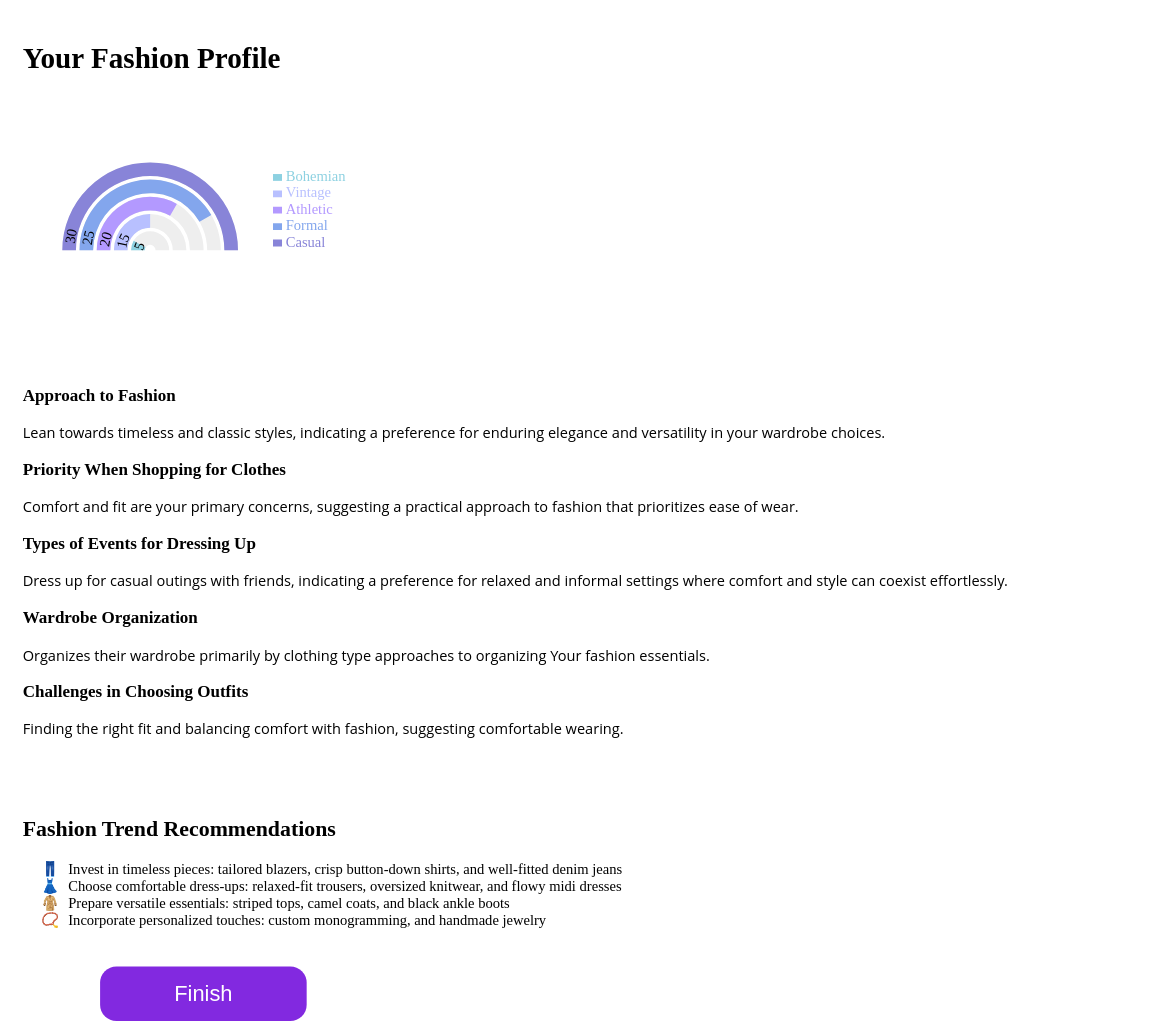
Repository: navnneett/clotho
Page: /QuizQuestions/Chart
The author's editor kept a copy of each file at every save. The page is drawn from the files as they stood at one save, then again after the next save.
The browser window is 1280 px wide. The pictures show the whole page, at 91% of full size.
The project was rebuilt for these pictures with package versions that can differ from the ones it lists, and the page was loaded fresh each time. The framework's server and built-in components were replaced by stand-ins that run in the browser. Also part of the build but not shown: next.config.js, next.config.mjs.

Above is the page before, as saved 2024-04-06 19:25:25.

### pages/QuizQuestions/Chart.js
import styles from "../../styles/Chart.module.css";
import React, { useEffect, useState } from "react";
import { RadialBarChart, RadialBar, Legend, Tooltip } from "recharts";
import Button from "@/components/Button";
import Link from "next/link";


export default function Chart() {

    const [isClient, setIsClient] = useState(false)

    useEffect(() => {
        setIsClient(true)
    }, [])

    const data = [
        {
            "name": "Bohemian",
            "uv": 5,
            "pv": 5,
            "fill": "var(--chart-color-cyan)"
        },
        {
            "name": "Vintage",
            "uv": 15,
            "pv": 15,
            "fill": "var(--chart-color-light-purple)"
        },
        {
            "name": "Athletic",
            "uv": 20,
            "pv": 20,
            "fill": "var(--chart-color-bright-purple)"
        },
        {
            "name": "Formal",
            "uv": 25,
            "pv": 25,
            "fill": "var(--chart-color-blue)"
        },
        {
            "name": "Casual",
            "uv": 30,
            "pv": 30,
            "fill": "var(--chart-color-purple)"
        },
    ]

    return(
        <>
            <div className={styles.questionAnalysis}>
                <h1 className={styles.title}>Your Fashion Profile</h1>
                {isClient ?
                    <RadialBarChart
                        width={400}
                        height={300}
                        innerRadius="10%"
                        outerRadius="80%"
                        data={data}
                        startAngle={180}
                        endAngle={0}
                        cx={140}
                        cy={170}
                        >
                    <RadialBar minAngle={15} label={{ fill: 'var(--button-linear-light)', position: 'insideStart' }} background clockWise={true} dataKey='uv' />
                    <Legend iconSize={10} width={120} height={140} layout='vertical' verticalAlign='middle' align="right"/>
                    <Tooltip/>
                </RadialBarChart> : <></>}

                <h3 className={styles.analysisTitle}>Approach to Fashion</h3>
                <p className={styles.analysisContent}>Lean towards timeless and classic styles, indicating a preference for enduring elegance and versatility in your wardrobe choices.</p>
                <h3 className={styles.analysisTitle}>Priority When Shopping for Clothes</h3>
                <p className={styles.analysisContent}>Comfort and fit are your primary concerns, suggesting a practical approach to fashion that prioritizes ease of wear.</p>
                <h3 className={styles.analysisTitle}>Types of Events for Dressing Up</h3>
                <p className={styles.analysisContent}>Dress up for casual outings with friends, indicating a preference for relaxed and informal settings where comfort and style can coexist effortlessly.</p>
                <h3 className={styles.analysisTitle}>Wardrobe Organization</h3>
                <p className={styles.analysisContent}>Organizes their wardrobe primarily by clothing type approaches to organizing Your fashion essentials.</p>
                <h3 className={styles.analysisTitle}>Challenges in Choosing Outfits</h3>
                <p className={styles.analysisContent}>Finding the right fit and balancing comfort with fashion, suggesting comfortable wearing.</p>
            </div>
            <div className={styles.questionAnalysis}>
                <h2 className={styles.title} id="space">Fashion Trend Recommendations</h2>
                <ul analysisContent>
                    <li className={styles.bulletPointJean}>Invest in timeless pieces: tailored blazers, crisp button-down shirts, and well-fitted denim jeans</li>
                    <li className={styles.bulletPointDress}>Choose comfortable dress-ups: relaxed-fit trousers, oversized knitwear, and flowy midi dresses</li>
                    <li className={styles.bulletPointTShirt}>Prepare versatile essentials: striped tops, camel coats, and black ankle boots</li>
                    <li className={styles.bulletPointShoes}>Incorporate personalized touches: custom monogramming, and handmade jewelry</li>
                </ul>
            </div>
            <Link href={'/'} className={styles.buttonPosition}>
                <Button title="Finish" />
            </Link>
        </>
    )
}

### styles/globals.css
:root {

    --transparency: rgba(0, 0, 0, 0);
    --gray: rgb(119, 119, 119);
    --red: rgb(201, 8, 8);

    --large: 21px;
    --medium: 18px;
    --small: 16px;
    --logo: 25px;

    --button-linear-light: 45deg, rgba(221, 184, 255, 0.8), rgba(214, 239, 255, 0.8);
    --button-outline-light: 2px solid #B8C0FF;
    --button-highlight-light: #8229E0;
    --black: black;
    --white: white;
    --light-gray: #B3B3B3;

    --chart-color-purple: #8884d8;
    --chart-color-blue: #83a6ed;
    --chart-color-cyan: #8dd1e1;
    --chart-color-bright-purple: #b399ff;
    --chart-color-light-purple: #b8c0ff;



    /* Text styles */
    --open-sans-text: 'Open Sans', sans-serif;
    --open-sans-weight: 500;
    --open-sans-size: 1.7rem;

    --roboto-slab-text: 'Roboto Slab', serif;
    --roboto-slab-weight: 600;
    --roboto-slab-size: 3rem;
}

html,
body {
    margin: 0;
    padding: 0;
}

### styles/Chart.module.css
.questionAnalysis {
    padding: 25px;
}

.title {
    font-family: var(--roboto-slab-text);
}
.analysisTitle {
    font-family: var(--roboto-slab-text);
    color: var(--)
}

.analysisContent {
    font-family: var(--open-sans-text);
}

.bulletPointJean {
    list-style-type: '👖';
    padding-left: 10px;
}

.bulletPointDress {
    list-style-type: '👗';
    padding-left: 10px;
}

.bulletPointTShirt {
    list-style-type: '🧥';
    padding-left: 10px;
}

.bulletPointShoes {
    list-style-type: '📿';
    padding-left: 10px;
}

.buttonPosition {
    padding-left: 110px;
}

### components/Button/index.js
import styles from './Button.module.css'

export default function Button({
    title = "test",
    onClick = () => {}
}) {
    return (
        <button className={styles.button} onClick={onClick}>
            {title}
        </button>
    )
}

### components/Button/Button.module.css
.button {
    width: 227px;
    height: 60px;
    padding: 0;
    font-size: 24px;
    background-color: var(--button-highlight-light);
    color: var(--white);
    border: none;
    border-radius: 18px;
    cursor: pointer;
}

.button:hover {
    background-color: rgb(189, 43, 226);
}

Loaded but not shown: pages/_app.js (common file); pages/_document.js (common file)

After the next save:
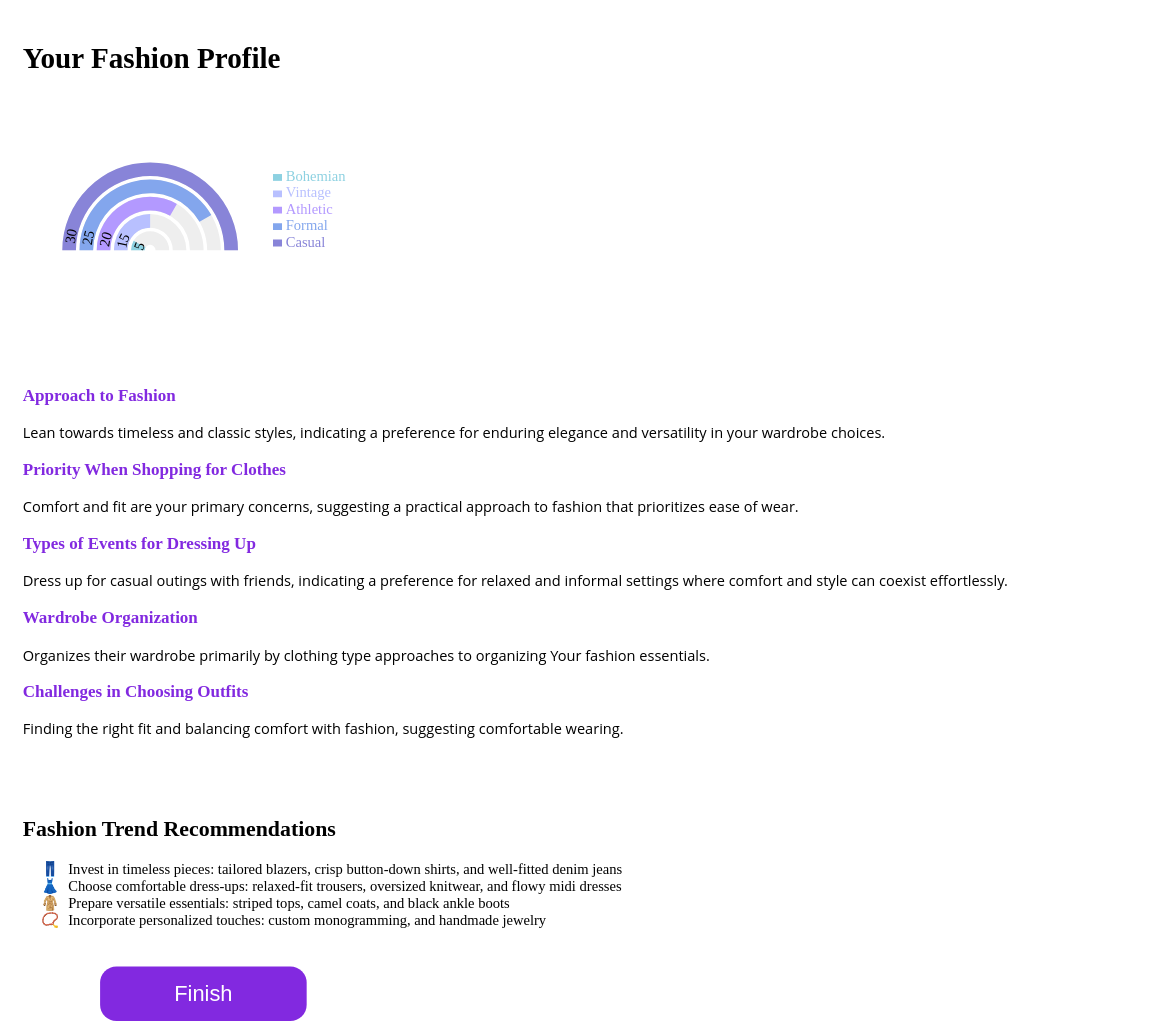
Saved 7 s later.
--- a/styles/Chart.module.css
+++ b/styles/Chart.module.css
@@ -7,7 +7,7 @@
 }
 .analysisTitle {
     font-family: var(--roboto-slab-text);
-    color: var(--)
+    color: var(--button-highlight-light);
 }
 
 .analysisContent {
